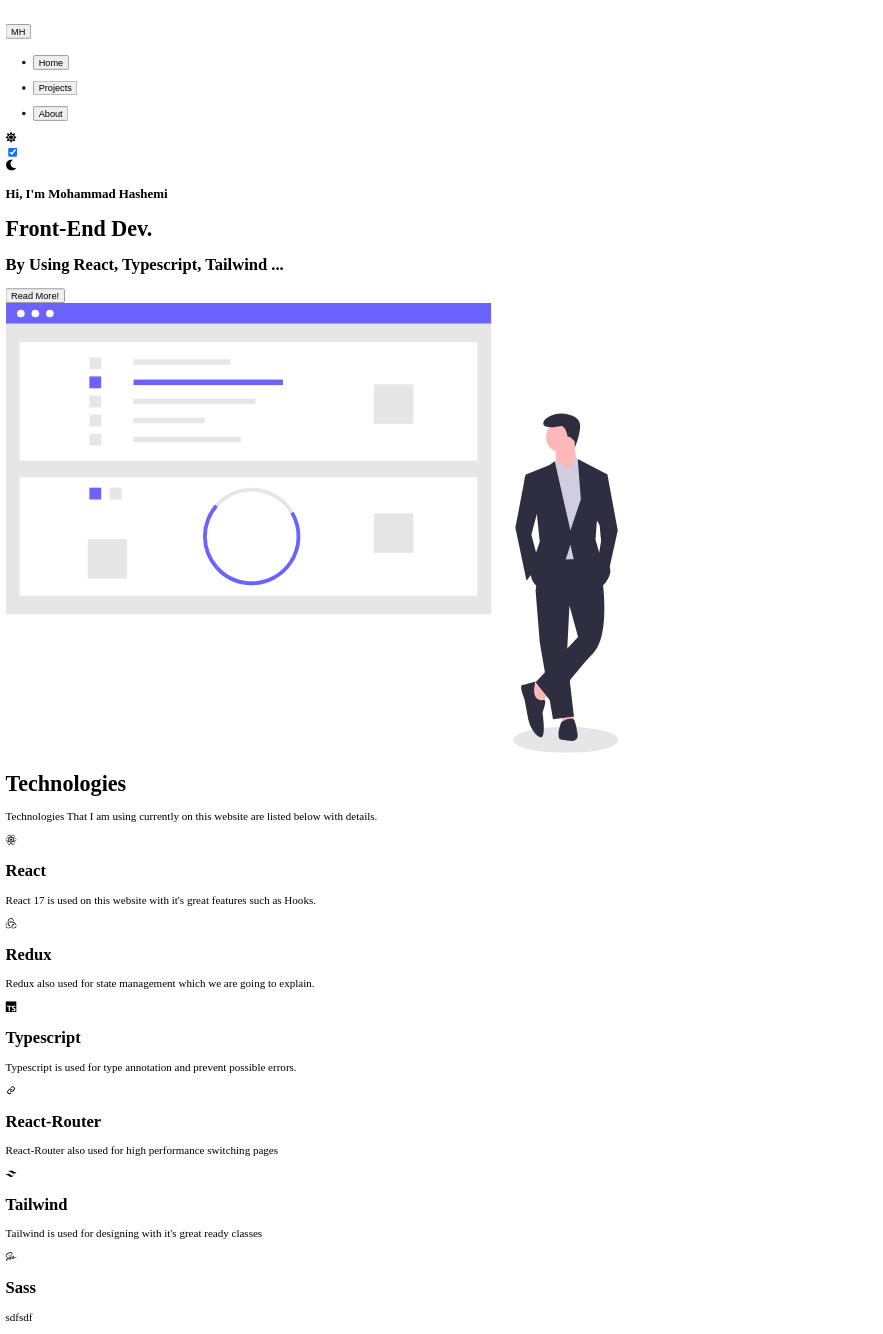
Repository: SMohammadH/react-typescript-tailwind
Page: /
The author's editor kept a copy of each file at every save. The page is drawn from the files as they stood at one save, then again after the next save.
The browser window is 1280 px wide. The pictures show the whole page, at 69% of full size.
The project was rebuilt for these pictures with package versions that can differ from the ones it lists, and the page was loaded fresh each time. Also part of the build but not shown: craco.config.js.

Above is the page before, as saved 2021-02-03 09:18:07.

After the next save:
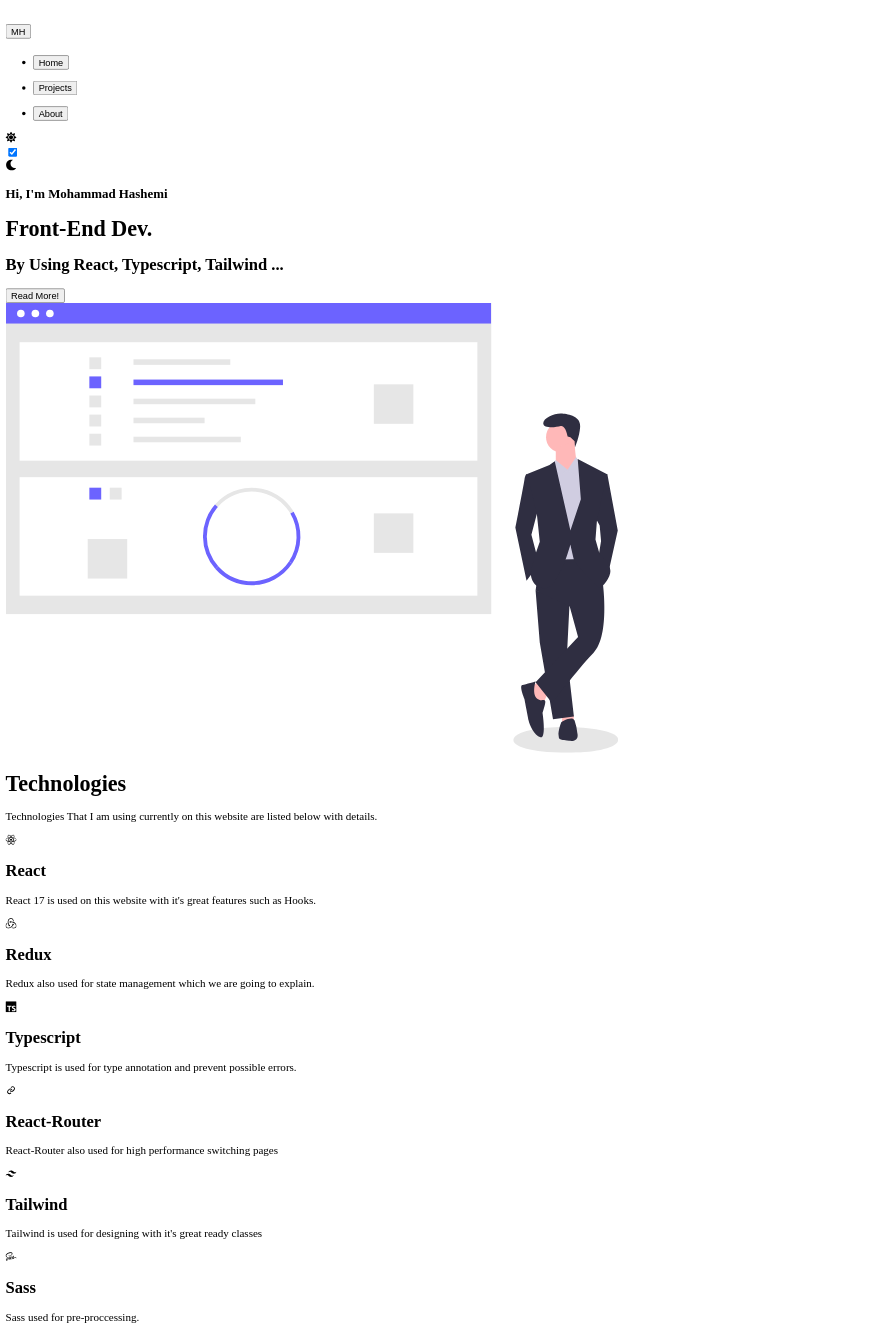
Saved 93 s later.
--- a/src/components/SecondSection.tsx
+++ b/src/components/SecondSection.tsx
@@ -19,7 +19,7 @@
     reactRouter: 'React-Router also used for high performance switching pages',
   },
   { tailwind: `Tailwind is used for designing with it's great ready classes` },
-  { sass: 'sdfsdf' },
+  { sass: 'Sass used for pre-proccessing.' },
 ];
 console.log(text[0].react);
 
